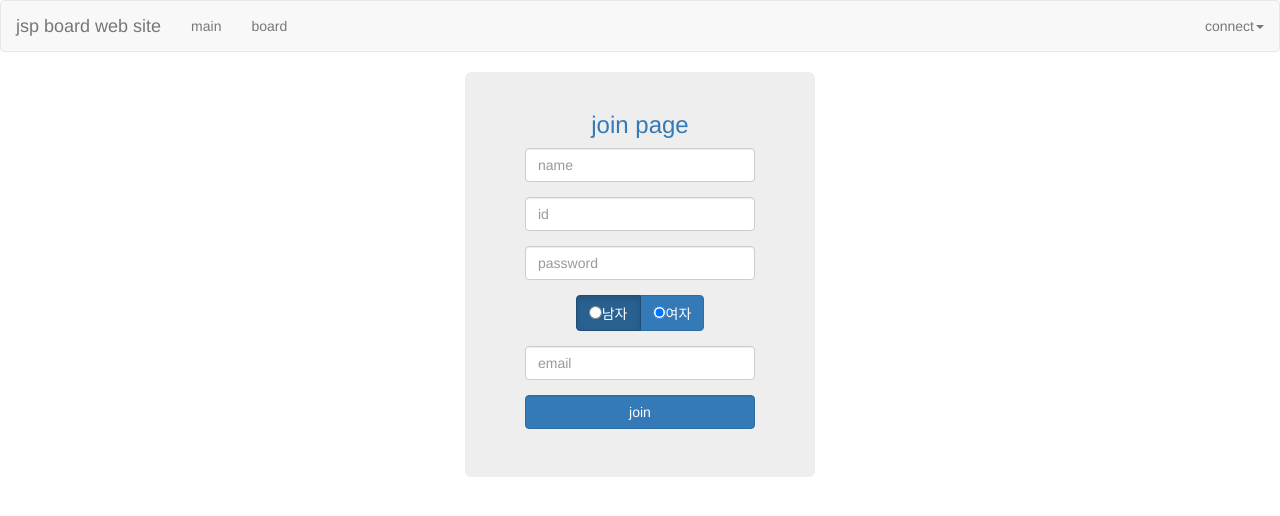
Repository: dudgh9661/JSP
Page: http://localhost/board/join.jsp
The author's editor kept a copy of each file at every save. The page is drawn from the files as they stood at one save, then again after a run of saves.
The browser window is 1280 px wide. The pictures show the whole page.
Some web libraries are served in a nearby version. The page is served by Tomcat 9. Other server files are loaded and not shown.

Above is the page before, as saved 2020-08-05 08:33:05.

### board/WebContent/join.jsp
<%@ page language="java" contentType="text/html; charset=UTF-8"
    pageEncoding="UTF-8"%>
<!DOCTYPE html>
<html>
<head>
<meta http-equiv="Content-Type" content="text/html; charset=UTF-8">
 <meta name="viewport" content="width=device-width, initial-scale=1">
<link href="./css/bootstrap.css" rel="stylesheet">
<title>afdfs</title>
</head>
<body>
	<nav class="navbar navbar-default">
		<div class="navbar-header">
			<button type="button" class="navbar-toggle collapsed"
				data-toggle="collapse" data-target="#bs-example-navbar-collapse-1"
				aria-expanded="false">
				<span class="icon-bar"></span>
				<span class="icon-bar"></span>
				<span class="icon-bar"></span>
			</button>
			<a class="navbar-brand" href="main.jsp">jsp board web site</a>
		</div>
		<div class="collpase navbar-collapse" id="bs-example-navbar-collapse-1">
			<ul class="nav navbar-nav">
				<li><a href="main.jsp">main</a></li>
				<li><a href="bbs.jsp">board</a></li>
			</ul>
			<ul class="nav navbar-nav navbar-right">
				<li class="dropdown">
					<a href="#" class="dropdown-toggle"
						data-toggle="dropdown" role="button" aria-haspopup="true"
						aria-expanded="false">connect<span class="caret"></span>
					</a>
					<ul class="dropdown-menu">
						<li class="active"><a href="login.jsp">login</a></li>
						<li><a href="join.jsp">join</a></li>
					</ul>
				</li>
			</ul>
		</div>
	</nav>

	<div class="container">
		<div class="col-lg-4"></div>
		<div class="col-lg-4">
			<div class="jumbotron" style="padding-top: 20px;"><a>
				<form method="post" action="joinAction.jsp">
					<h3 style="text-align: center;">join page</h3>
					<div class="form-group">
						<input type="text" class="form-control" placeholder="name" name="userName" maxlength="20">
					</div>
					<div class="form-group">
						<input type="text" class="form-control" placeholder="id" name="userID" maxlength="20">
					</div>
					<div class="form-group">
						<input type="password" class="form-control" placeholder="password" name="userPassword" maxlength="20">
					</div>
					<div class="form-group" style="text-align: center;">
						<div class="btn-group" data-toggle="check">
							<label class="btn btn-primary active">
								<input type="radio" name="userGender" autocomplete="off" value="남자" checked>남자
							</label>
							<label class="btn btn-primary">
								<input type="radio" name="userGender" autocomplete="off" value="여자" checked>여자
							</label>
						</div>
					</div>
					<div class="form-group">
						<input type="email" class="form-control" placeholder="email" name="useEmail" maxlength="50">
					</div>
					<input type="submit" class="btn btn-primary form-control" value="join">
				</form>
			</a></div>
		</div>
		<div class="col-lg-4"></div>
	</div>

	 <script src="https://ajax.googleapis.com/ajax/libs/jquery/3.2.1/jquery.min.js"></script>
 	<script src="https://maxcdn.bootstrapcdn.com/bootstrap/3.3.7/js/bootstrap.min.js"></script>
</body>
</html>

Loaded but not shown: board/WebContent/css/bootstrap.css (library)

After the next 2 saves:
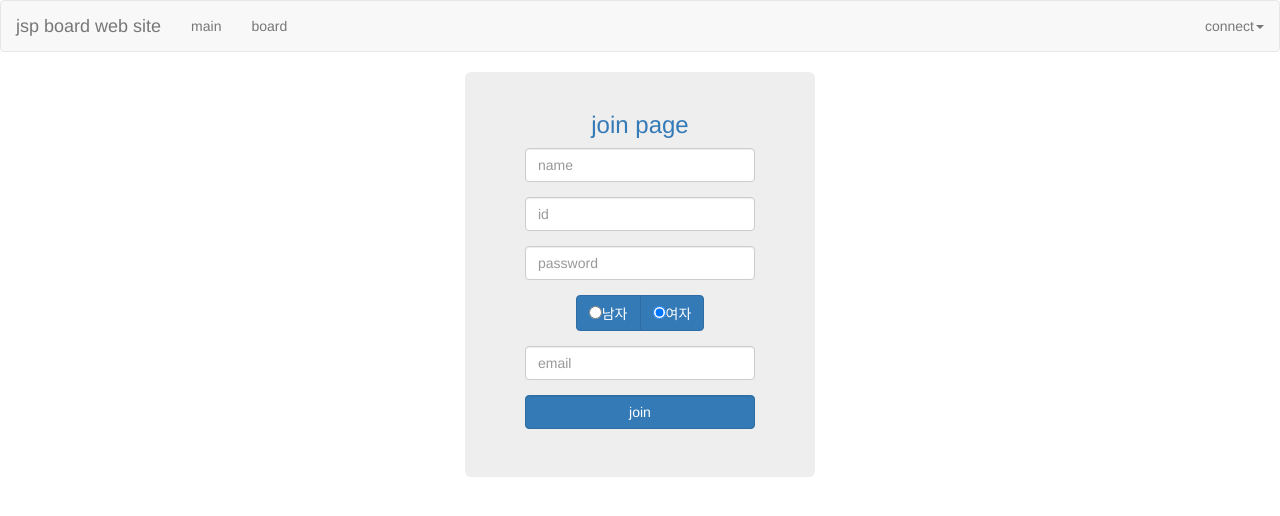
The 2 saves are shown as one change because they came seconds apart.
The last was saved 38 s later.
--- a/board/WebContent/join.jsp
+++ b/board/WebContent/join.jsp
@@ -56,8 +56,8 @@
 						<input type="password" class="form-control" placeholder="password" name="userPassword" maxlength="20">
 					</div>
 					<div class="form-group" style="text-align: center;">
-						<div class="btn-group" data-toggle="check">
-							<label class="btn btn-primary active">
+						<div class="btn-group" data-toggle="button">
+							<label class="btn btn-primary">
 								<input type="radio" name="userGender" autocomplete="off" value="남자" checked>남자
 							</label>
 							<label class="btn btn-primary">

After the save that followed:
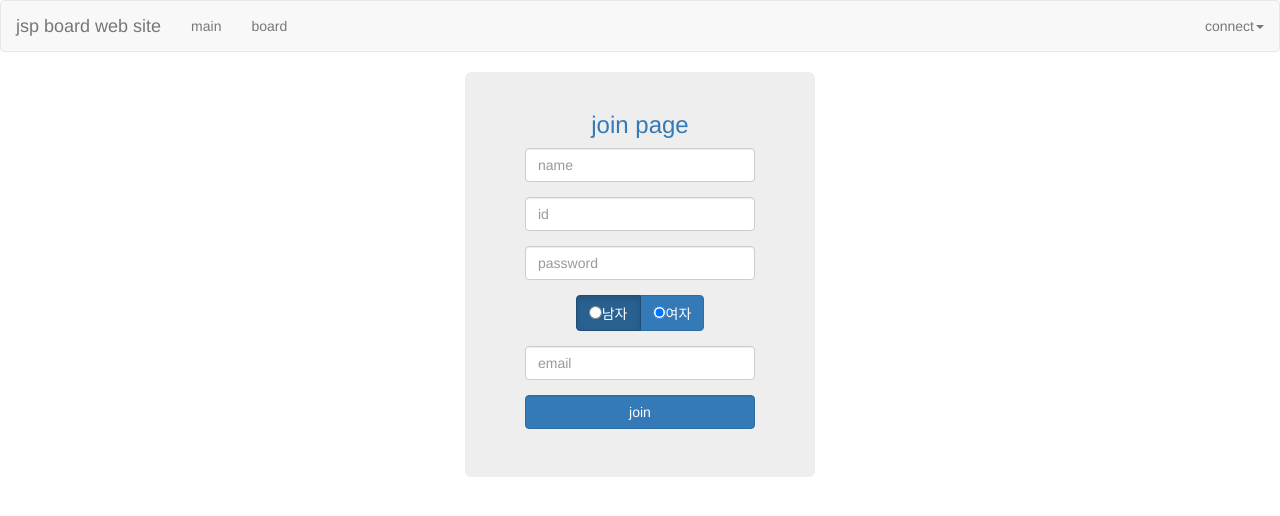
Saved 12 s later.
--- a/board/WebContent/join.jsp
+++ b/board/WebContent/join.jsp
@@ -57,7 +57,7 @@
 					</div>
 					<div class="form-group" style="text-align: center;">
 						<div class="btn-group" data-toggle="button">
-							<label class="btn btn-primary">
+							<label class="btn btn-primary active">
 								<input type="radio" name="userGender" autocomplete="off" value="남자" checked>남자
 							</label>
 							<label class="btn btn-primary">
